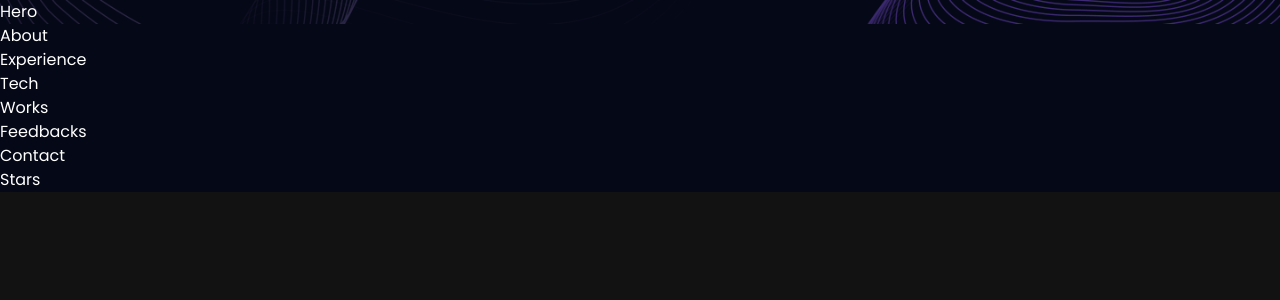
Repository: davedeguia/3d-portfolio
Page: /
These files come from the project's save history. The page is drawn as it stood at one moment and after the next save; the edit follows.
The browser window is 1280 px wide. The pictures show the whole page.
The project was rebuilt for these pictures with package versions that can differ from the ones it lists, and the page was loaded fresh each time. Also part of the build but not shown: vite.config.js, src/components/canvas/Earth.jsx, src/components/canvas/Ball.jsx, src/components/canvas/Computers.jsx.

Above is the page before, as saved 2023-03-04 14:23:17.

### src/App.jsx
import { BrowserRouter } from 'react-router-dom'
import {
  About,
  Contact,
  Experience,
  Feedbacks,
  Hero,
  Navbar,
  Tech,
  Works,
  StarsCanvas,
} from './components'

const App = () => {
  return (
    <BrowserRouter>
      <div className='relative z-0 bg-primary'>
        <div className='bg-hero-pattern bg-cover bg-no-repeat bg-center'>
          <Navbar />
          <Hero />
        </div>
        <About />
        <Experience />
        <Tech />
        <Works />
        <Feedbacks />
        <div className='relative z-0'>
          <Contact />
          <StarsCanvas />
        </div>
      </div>
    </BrowserRouter>
  )
}

export default App

### src/components/Navbar.jsx
import React, { useEffect, useState } from 'react'
import { Link } from 'react-router-dom'
import { styles } from '../styles'
import { navLinks } from '../constants'
import { logo, menu, close } from '../assets'

const Navbar = () => {
  const [active, setActive] = useState('')
  return (
    <nav
      className={`${styles.paddingX} w-full flex items-center py-5 fixed top-0 z-20`}
    >
      <div className='w-full flex justify-between items-center max-w-7xl mx-auto'>
        <Link
          to='/'
          className='flex items-center gap-2'
          onClick={() => {
            setActive('')
            window.scrollTo(0, 0)
          }}
        ></Link>
      </div>
    </nav>
  )
}

export default Navbar

### src/styles.js
const styles = {
  paddingX: 'sm:px-16 px-6',
  paddingY: 'sm:py-16 py-6',
  padding: 'sm:px-16 px-6 sm:py-16 py-10',

  heroHeadText:
    'font-black text-white lg:text-[80px] sm:text-[60px] xs:text-[50px] text-[40px] lg:leading-[98px] mt-2',
  heroSubText:
    'text-[#dfd9ff] font-medium lg:text-[30px] sm:text-[26px] xs:text-[20px] text-[16px] lg:leading-[40px]',

  sectionHeadText:
    'text-white font-black md:text-[60px] sm:text-[50px] xs:text-[40px] text-[30px]',
  sectionSubText:
    'sm:text-[18px] text-[14px] text-secondary uppercase tracking-wider',
}

export { styles }

### src/constants/index.js
import {
  mobile,
  backend,
  creator,
  web,
  javascript,
  typescript,
  html,
  css,
  reactjs,
  redux,
  tailwind,
  nodejs,
  mongodb,
  git,
  figma,
  docker,
  meta,
  starbucks,
  tesla,
  shopify,
  carrent,
  jobit,
  tripguide,
  threejs,
} from '../assets'

export const navLinks = [
  {
    id: 'about',
    title: 'About',
  },
  {
    id: 'work',
    title: 'Work',
  },
  {
    id: 'contact',
    title: 'Contact',
  },
]

const services = [
  {
    title: 'Web Developer',
    icon: web,
  },
  {
    title: 'React Native Developer',
    icon: mobile,
  },
  {
    title: 'Backend Developer',
    icon: backend,
  },
  {
    title: 'Content Creator',
    icon: creator,
  },
]

const technologies = [
  {
    name: 'HTML 5',
    icon: html,
  },
  {
    name: 'CSS 3',
    icon: css,
  },
  {
    name: 'JavaScript',
    icon: javascript,
  },
  {
    name: 'TypeScript',
    icon: typescript,
  },
  {
    name: 'React JS',
    icon: reactjs,
  },
  {
    name: 'Redux Toolkit',
    icon: redux,
  },
  {
    name: 'Tailwind CSS',
    icon: tailwind,
  },
  {
    name: 'Node JS',
    icon: nodejs,
  },
  {
    name: 'MongoDB',
    icon: mongodb,
  },
  {
    name: 'Three JS',
    icon: threejs,
  },
  {
    name: 'git',
    icon: git,
  },
  {
    name: 'figma',
    icon: figma,
  },
  {
    name: 'docker',
    icon: docker,
  },
]

const experiences = [
  {
    title: 'React.js Developer',
    company_name: 'Starbucks',
    icon: starbucks,
    iconBg: '#383E56',
    date: 'March 2020 - April 2021',
    points: [
      'Developing and maintaining web applications using React.js and other related technologies.',
      'Collaborating with cross-functional teams including designers, product managers, and other developers to create high-quality products.',
      'Implementing responsive design and ensuring cross-browser compatibility.',
      'Participating in code reviews and providing constructive feedback to other developers.',
    ],
  },
  {
    title: 'React Native Developer',
    company_name: 'Tesla',
    icon: tesla,
    iconBg: '#E6DEDD',
    date: 'Jan 2021 - Feb 2022',
    points: [
      'Developing and maintaining web applications using React.js and other related technologies.',
      'Collaborating with cross-functional teams including designers, product managers, and other developers to create high-quality products.',
      'Implementing responsive design and ensuring cross-browser compatibility.',
      'Participating in code reviews and providing constructive feedback to other developers.',
    ],
  },
  {
    title: 'Web Developer',
    company_name: 'Shopify',
    icon: shopify,
    iconBg: '#383E56',
    date: 'Jan 2022 - Jan 2023',
    points: [
      'Developing and maintaining web applications using React.js and other related technologies.',
      'Collaborating with cross-functional teams including designers, product managers, and other developers to create high-quality products.',
      'Implementing responsive design and ensuring cross-browser compatibility.',
      'Participating in code reviews and providing constructive feedback to other developers.',
    ],
  },
  {
    title: 'Full stack Developer',
    company_name: 'Meta',
    icon: meta,
    iconBg: '#E6DEDD',
    date: 'Jan 2023 - Present',
    points: [
      'Developing and maintaining web applications using React.js and other related technologies.',
      'Collaborating with cross-functional teams including designers, product managers, and other developers to create high-quality products.',
      'Implementing responsive design and ensuring cross-browser compatibility.',
      'Participating in code reviews and providing constructive feedback to other developers.',
    ],
  },
]

const testimonials = [
  {
    testimonial:
      'I thought it was impossible to make a website as beautiful as our product, but Rick proved me wrong.',
    name: 'Sara Lee',
    designation: 'CFO',
    company: 'Acme Co',
    image: 'https://randomuser.me/api/portraits/women/4.jpg',
  },
  {
    testimonial:
      "I've never met a web developer who truly cares about their clients' success like Rick does.",
    name: 'Chris Brown',
    designation: 'COO',
    company: 'DEF Corp',
    image: 'https://randomuser.me/api/portraits/men/5.jpg',
  },
  {
    testimonial:
      "After Rick optimized our website, our traffic increased by 50%. We can't thank them enough!",
    name: 'Lisa Wang',
    designation: 'CTO',
    company: '456 Enterprises',
    image: 'https://randomuser.me/api/portraits/women/6.jpg',
  },
]

const projects = [
  {
    name: 'Car Rent',
    description:
      'Web-based platform that allows users to search, book, and manage car rentals from various providers, providing a convenient and efficient solution for transportation needs.',
    tags: [
      {
        name: 'react',
        color: 'blue-text-gradient',
      },
      {
        name: 'mongodb',
        color: 'green-text-gradient',
      },
      {
        name: 'tailwind',
        color: 'pink-text-gradient',
      },
    ],
    image: carrent,
    source_code_link: 'https://github.com/',
  },
  {
    name: 'Job IT',
    description:
      'Web application that enables users to search for job openings, view estimated salary ranges for positions, and locate available jobs based on their current location.',
    tags: [
      {
        name: 'react',
        color: 'blue-text-gradient',
      },
      {
        name: 'restapi',
        color: 'green-text-gradient',
      },
      {
        name: 'scss',
        color: 'pink-text-gradient',
      },
    ],
    image: jobit,
    source_code_link: 'https://github.com/',
  },
  {
    name: 'Trip Guide',
    description:
      'A comprehensive travel booking platform that allows users to book flights, hotels, and rental cars, and offers curated recommendations for popular destinations.',
    tags: [
      {
        name: 'nextjs',
        color: 'blue-text-gradient',
      },
      {
        name: 'supabase',
        color: 'green-text-gradient',
      },
      {
        name: 'css',
        color: 'pink-text-gradient',
      },
    ],
    image: tripguide,
    source_code_link: 'https://github.com/',
  },
]

export { services, technologies, experiences, testimonials, projects }

### src/assets/index.js
import logo from "./logo.svg";
import backend from "./backend.png";
import creator from "./creator.png";
import mobile from "./mobile.png";
import web from "./web.png";
import github from "./github.png";
import menu from "./menu.svg";
import close from "./close.svg";

import css from "./tech/css.png";
import docker from "./tech/docker.png";
import figma from "./tech/figma.png";
import git from "./tech/git.png";
import html from "./tech/html.png";
import javascript from "./tech/javascript.png";
import mongodb from "./tech/mongodb.png";
import nodejs from "./tech/nodejs.png";
import reactjs from "./tech/reactjs.png";
import redux from "./tech/redux.png";
import tailwind from "./tech/tailwind.png";
import typescript from "./tech/typescript.png";
import threejs from "./tech/threejs.svg";

import meta from "./company/meta.png";
import shopify from "./company/shopify.png";
import starbucks from "./company/starbucks.png";
import tesla from "./company/tesla.png";

import carrent from "./carrent.png";
import jobit from "./jobit.png";
import tripguide from "./tripguide.png";

export {
  logo,
  backend,
  creator,
  mobile,
  web,
  github,
  menu,
  close,
  css,
  docker,
  figma,
  git,
  html,
  javascript,
  mongodb,
  nodejs,
  reactjs,
  redux,
  tailwind,
  typescript,
  threejs,
  meta,
  shopify,
  starbucks,
  tesla,
  carrent,
  jobit,
  tripguide,
};

### tailwind.config.cjs
/** @type {import('tailwindcss').Config} */
module.exports = {
  content: ['./src/**/*.{js,jsx}'],
  mode: 'jit',
  theme: {
    extend: {
      colors: {
        primary: '#050816',
        secondary: '#aaa6c3',
        tertiary: '#151030',
        'black-100': '#100d25',
        'black-200': '#090325',
        'white-100': '#f3f3f3',
      },
      boxShadow: {
        card: '0px 35px 120px -15px #211e35',
      },
      screens: {
        xs: '450px',
      },
      backgroundImage: {
        'hero-pattern': "url('/src/assets/herobg.png')",
      },
    },
  },
  plugins: [],
}

Loaded but not shown: index.html (common file); src/main.jsx (common file); src/index.css (common file); src/components/index.js (common file); src/components/canvas/index.js (common file); src/components/Hero.jsx (common file); src/components/About.jsx (common file); src/components/Tech.jsx (common file); src/components/Experience.jsx (common file); src/components/Works.jsx (common file); src/components/Feedbacks.jsx (common file); src/components/Contact.jsx (common file); src/components/canvas/Stars.jsx (common file)

After the next save:
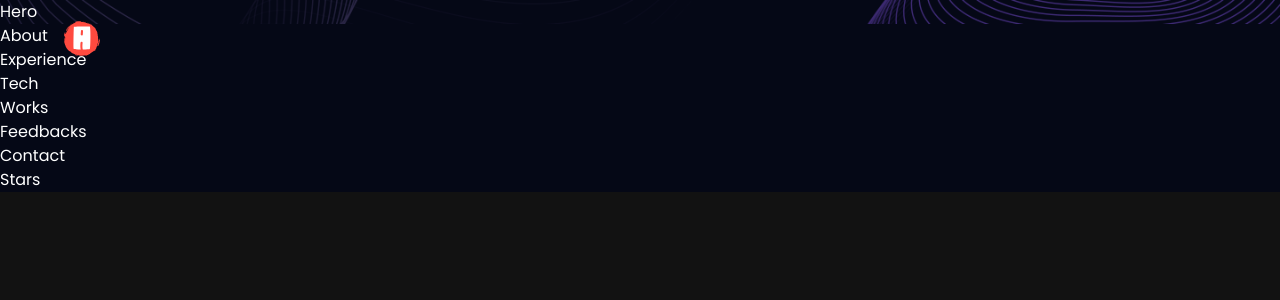
Saved 64 s later.
--- a/src/components/Navbar.jsx
+++ b/src/components/Navbar.jsx
@@ -18,7 +18,9 @@
             setActive('')
             window.scrollTo(0, 0)
           }}
-        ></Link>
+        >
+          <img src={logo} alt='logo' className='w-9 h-9 object-contain' />
+        </Link>
       </div>
     </nav>
   )
